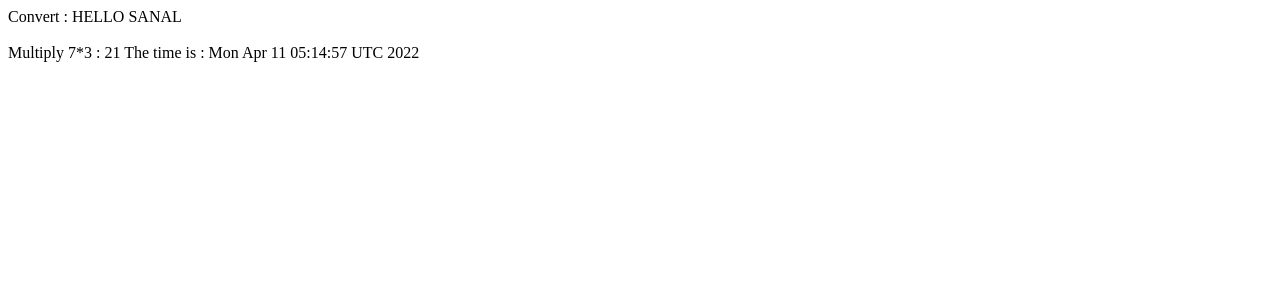
Repository: 16-sanalmishra/JavaServerPages
Page: http://localhost/Phase-2-HelloWorld/expressionTest.jsp
The author's editor kept a copy of each file at every save. The page is drawn from the files as they stood at one save, then again after the next save.
The browser window is 1280 px wide. The pictures show the whole page.
The page is served by Tomcat 9.

Above is the page before, as saved 2022-04-11 07:27:15.

After the next save:
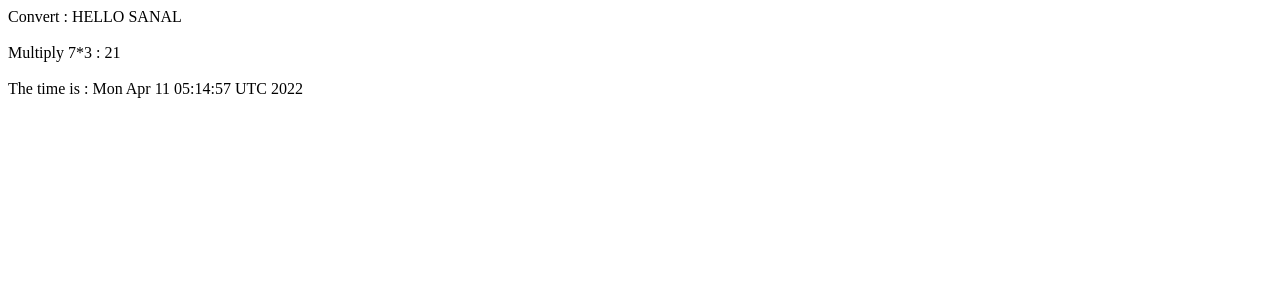
Saved 43 s later.
--- a/Phase-2-HelloWorld/src/main/webapp/expressionTest.jsp
+++ b/Phase-2-HelloWorld/src/main/webapp/expressionTest.jsp
@@ -10,6 +10,8 @@
 	Convert : <%= new String("Hello Sanal").toUpperCase() %>
 	<br></br>
 	Multiply 7*3 : <%= 7*3 %>
+	<br>
+	<br />
 	<jsp:include page="newExample.jsp"></jsp:include>
 </body>
 </html>
